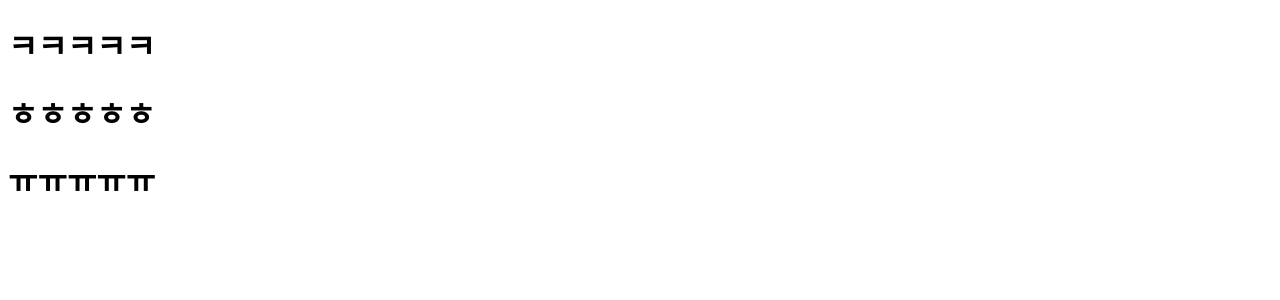
Repository: womss/sexyguy
Page: Spring/Feb13_1_jQuery/WebContent/4_RepeatStmt.html
An editor plug-in stored every save of this project. The page is shown before and after the next save, followed by the edit.
The browser window is 1280 px wide. The pictures show the whole page.

Above is the page before, as saved 2025-02-13 06:43:10.
Console error: ReferenceError: size is not defined

After the next save:
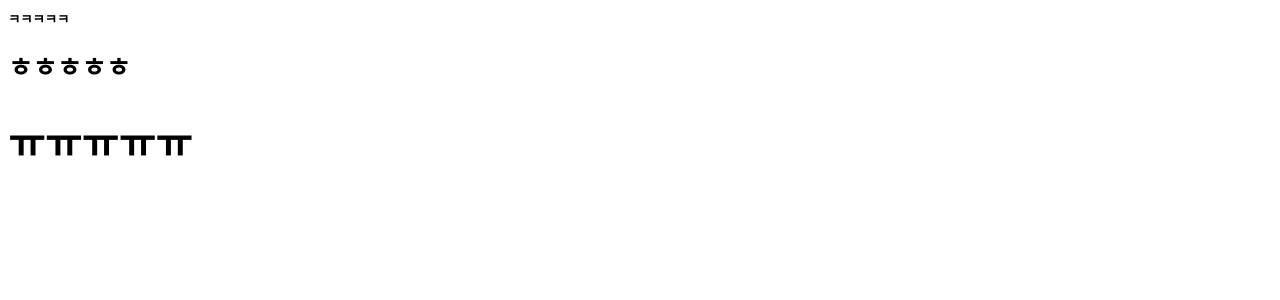
The error is gone.
Saved 2 min 0 s later.
--- a/Spring/Feb13_1_jQuery/WebContent/4_RepeatStmt.html
+++ b/Spring/Feb13_1_jQuery/WebContent/4_RepeatStmt.html
@@ -46,7 +46,7 @@
 		//	$(선택자).each(DOM객체 하나 만날때마다 호출할 콜백함수)
 
 		// h1 => 순서대로 글자의 크기가 10 / 20 / 30 pt가 되도록
-		$("h1").each(size, function(i, size) {
+		$("h1").each(function(i, h) {
 			$(h).css("font-size", ((i + 1) * 10) + "pt");
 		});
 
